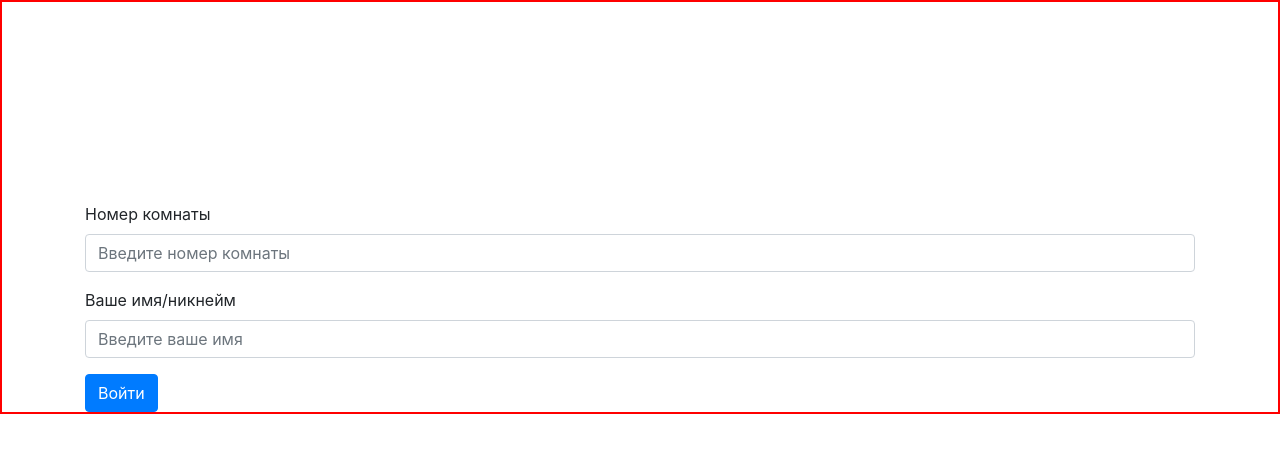
Repository: Hansol46/react-chat
Page: /
The author's editor kept a copy of each file at every save. The page is drawn from the files as they stood at one save, then again after a run of saves.
The browser window is 1280 px wide. The pictures show the whole page.
The page's requests for data from a server got no answer. The project was rebuilt for these pictures with package versions that can differ from the ones it lists, and the page was loaded fresh each time. No one was signed in, and anything a server would have sent is missing.

Above is the page before, as saved 2020-09-06 22:19:11.

After the next 2 saves:
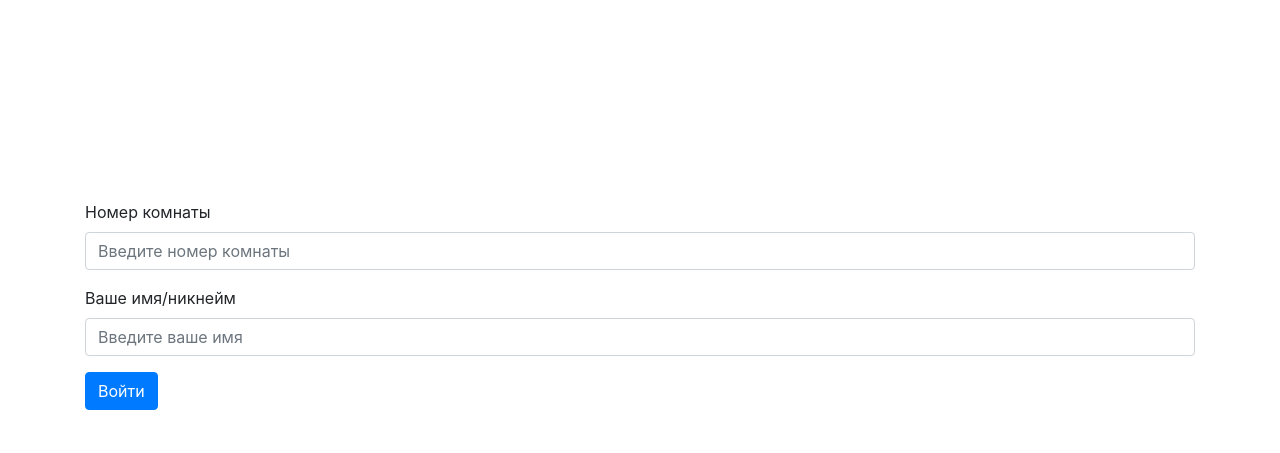
The 2 saves are shown as one change because they came seconds apart.
The last was saved 3 min 33 s later.
--- a/src/App.css
+++ b/src/App.css
@@ -1,4 +1,5 @@
 .App {
-  border: 2px solid red;
+  /* border: 2px solid red; */
   padding-top: 200px;
+  padding-bottom: 200px;
 }
